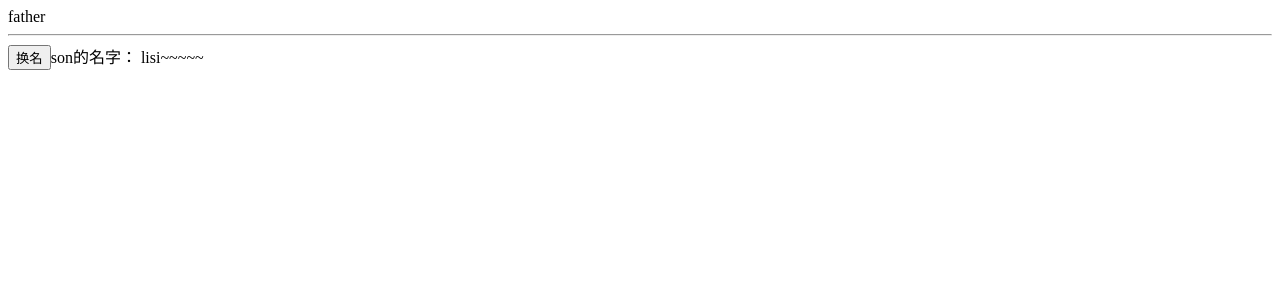
Repository: WanYouwen/react_study_code
Page: day02/03-父子组件通信/test.html
These files come from the project's save history. The page is drawn as it stood at one moment and after the next save; the edit follows.
The browser window is 1280 px wide. The pictures show the whole page.

Above is the page before, as saved 2020-08-12 14:21:10.
Console error: RangeError: Maximum call stack size exceeded

After the next save:
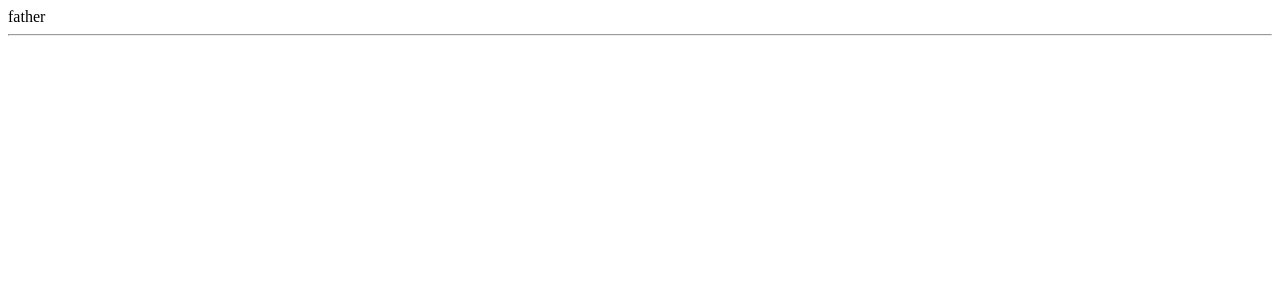
The error is gone.
Saved 57 s later.
--- a/day02/03-父子组件通信/test.html
+++ b/day02/03-父子组件通信/test.html
@@ -30,23 +30,22 @@
           <div>
             father
             <hr />
-            <Son name={name} fn={this.nameChange('ddd')}></Son>
           </div>
         );
       },
     });
 
-    var Son = React.createClass({
-      render() {
-        let { name, fn } = this.props;
-        return (
-          <div>
-            <button onClick={fn}>换名</button>
-            son的名字： {name}
-          </div>
-        );
-      },
-    });
+    // var Son = React.createClass({
+    //   render() {
+    //     let { name, fn } = this.props;
+    //     return (
+    //       <div>
+    //         <button onClick={fn}>换名</button>
+    //         son的名字： {name}
+    //       </div>
+    //     );
+    //   },
+    // });
     ReactDOM.render(<Father />, app);
   </script>
 </html>
